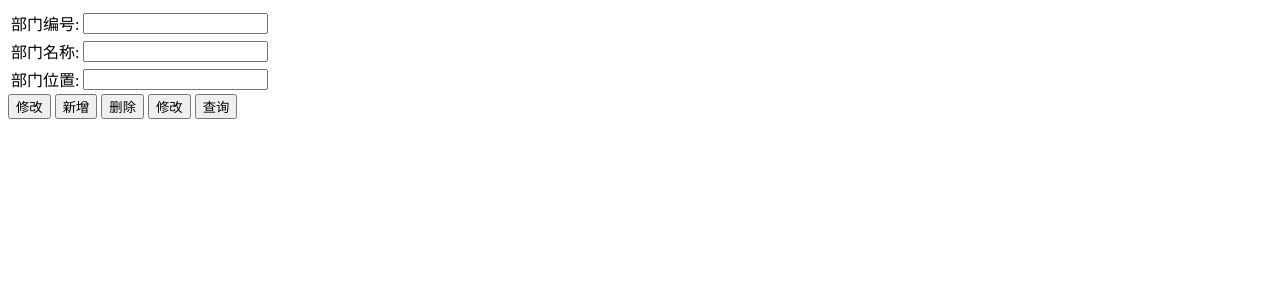
Repository: jianminghao/ssiProject
Page: http://localhost/myssiProject/dept.jsp
These files come from the project's save history. The page is drawn as it stood at one moment and after the next save; the edit follows.
The browser window is 1280 px wide. The pictures show the whole page.
The page is served by Tomcat 9.

Above is the page before, as saved 2020-03-04 07:35:31.

After the next save:
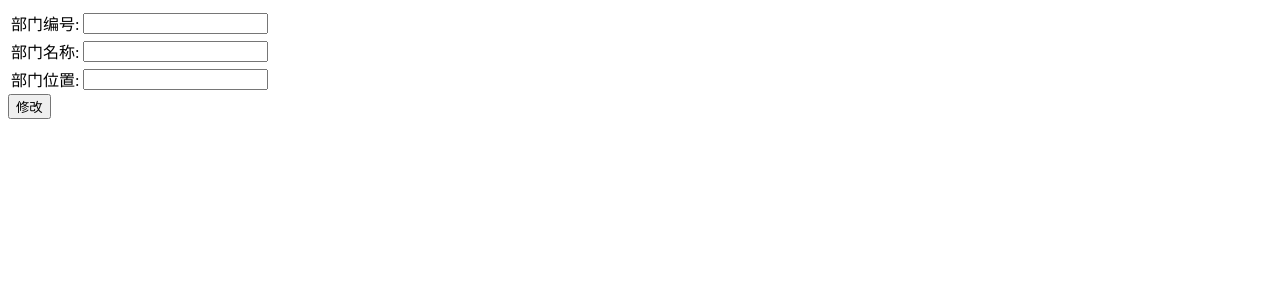
Saved 14 s later.
--- a/myssiProject/WebContent/dept.jsp
+++ b/myssiProject/WebContent/dept.jsp
@@ -76,7 +76,7 @@
 		<input type="submit" value="修改">
 
 
-		<button class="btn" name="insert" onclick="insert()">
+		<!-- <button class="btn" name="insert" onclick="insert()">
 			<span>新增</span>
 		</button>
 		<button class="btn" name="delete" onclick="deleteInfo()">
@@ -87,7 +87,7 @@
 		</button>
 		<button class="btn" name="query" onclick="query()">
 			<span>查询</span>
-		</button>
+		</button> -->
 	</form>
 </body>
 </html>
